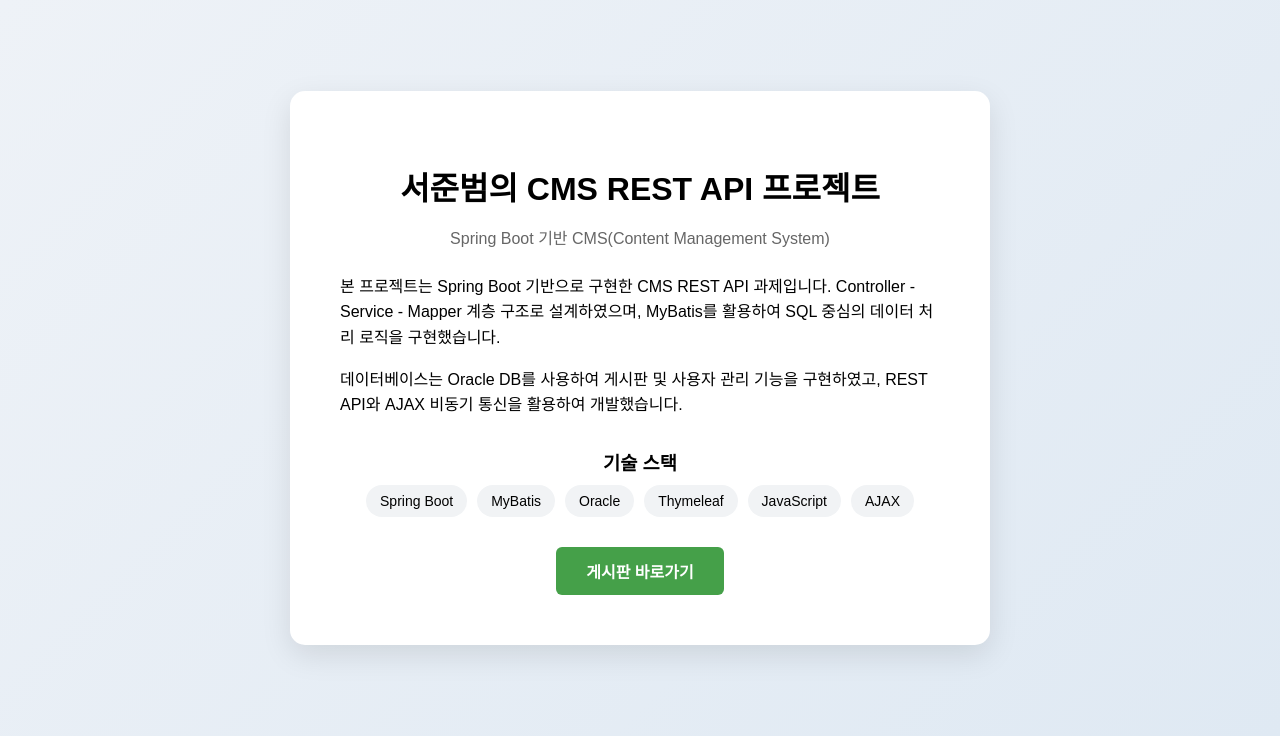
Repository: JunBeomSeo/CMS
Page: http://localhost/index
These files come from the project's save history. The page is drawn as it stood at one moment and after the next save; the edit follows.
The browser window is 1280 px wide. The pictures show the whole page.
The pointer rests on the first visible `.btn`.
The page is this project's Thymeleaf template; nobody is signed in. The template is opened directly, without the code that normally fills it, so the values that code supplies are empty.

Above is the page before, as saved 2026-03-27 16:40:00.

After the next save:
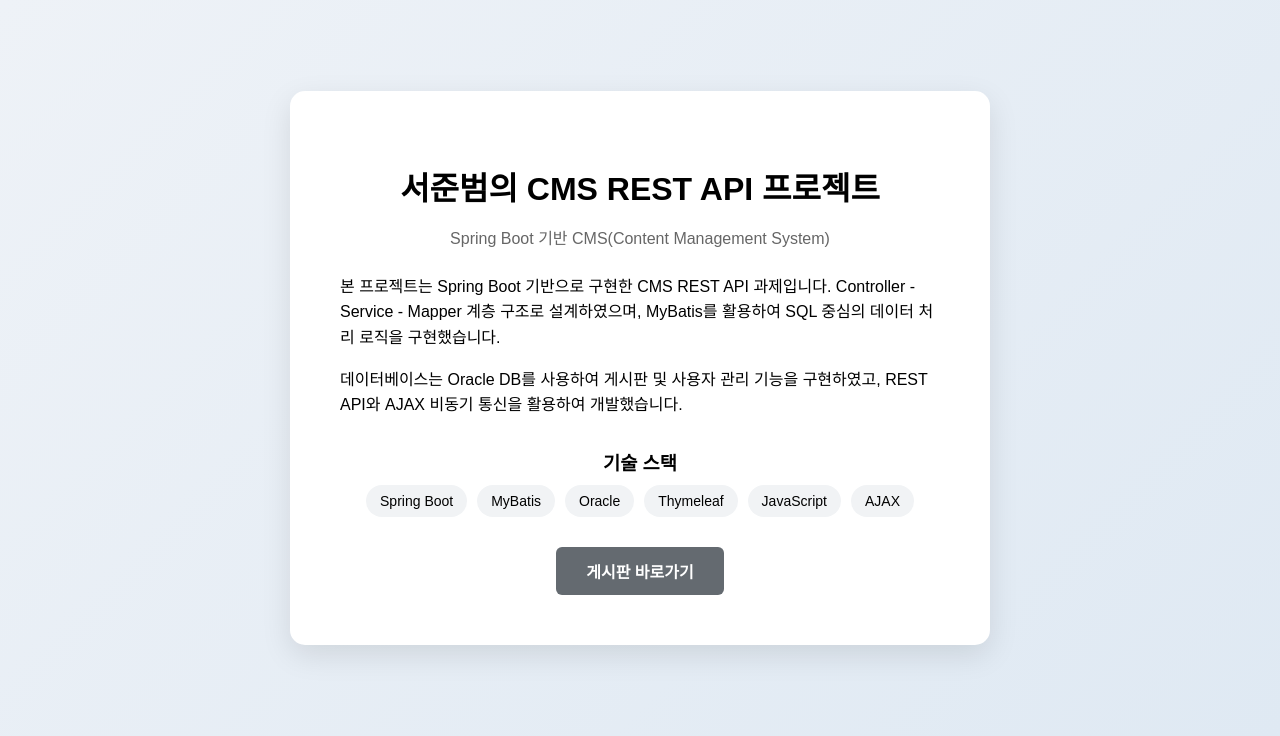
Saved 21 s later.
--- a/cms/src/main/resources/static/css/index.css
+++ b/cms/src/main/resources/static/css/index.css
@@ -65,5 +65,5 @@ h1 {
 }
 
 .btn:hover {
-    background-color: #45a049;
+    background-color: #646A70;
 }
